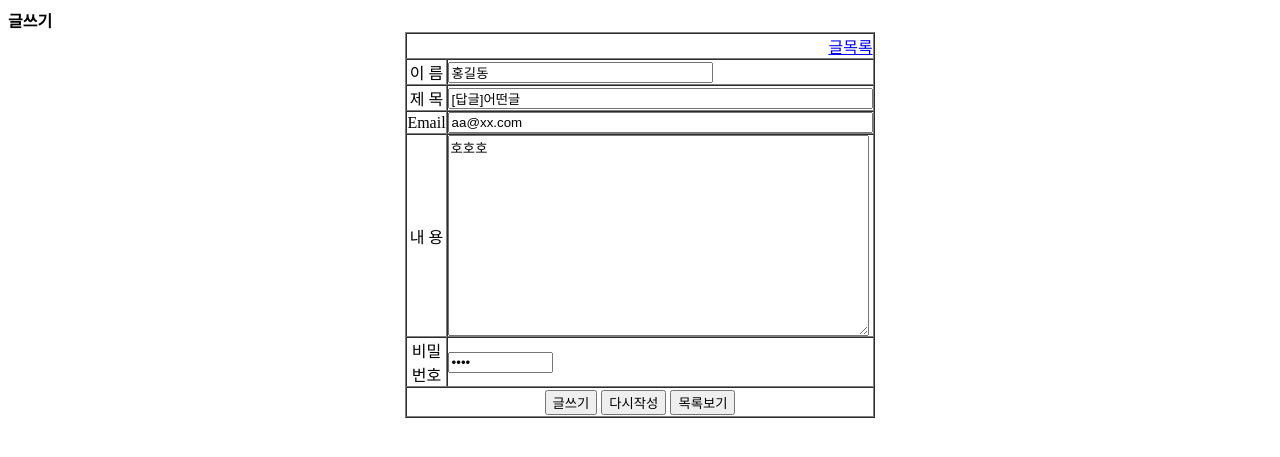
Repository: uj06134/Metabuild_JSP
Page: http://localhost/06_Board/replyForm.jsp
These files come from the project's save history. The page is drawn as it stood at one moment and after the next save; the edit follows.
The browser window is 1280 px wide. The pictures show the whole page.
The page is served by Tomcat 9.

Above is the page before, as saved 2025-09-16 02:10:44.

After the next save:
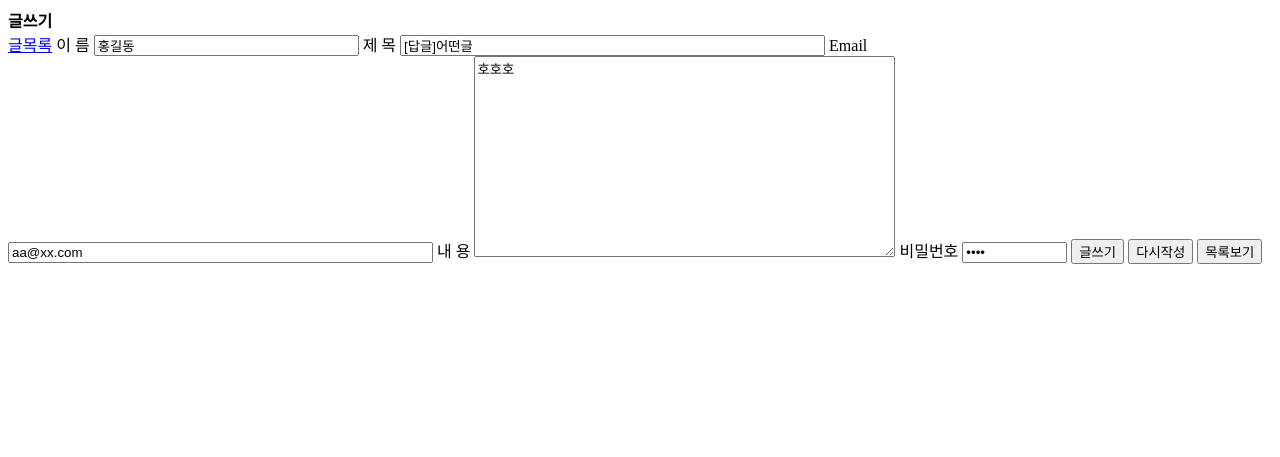
Saved 39 s later.
--- a/06_Board/src/main/webapp/replyForm.jsp
+++ b/06_Board/src/main/webapp/replyForm.jsp
@@ -8,6 +8,7 @@
 <b>글쓰기</b>
 <br>
 <form method="post" name="replyform" action="replyProc.jsp" onsubmit="return writeSave()">
+	<input type="hidden"
 	<table width="450" border="1" cellspacing="0" cellpadding="0"
 		align="center">
 		<tr>

After the save that followed:
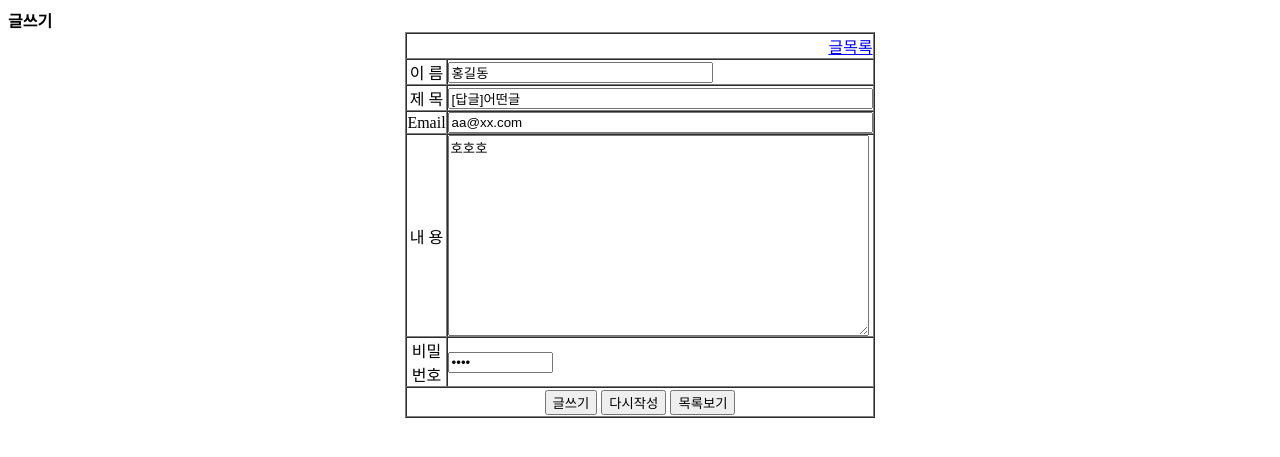
Saved 24 s later.
--- a/06_Board/src/main/webapp/replyForm.jsp
+++ b/06_Board/src/main/webapp/replyForm.jsp
@@ -8,7 +8,7 @@
 <b>글쓰기</b>
 <br>
 <form method="post" name="replyform" action="replyProc.jsp" onsubmit="return writeSave()">
-	<input type="hidden"
+	<input type="hidden" >
 	<table width="450" border="1" cellspacing="0" cellpadding="0"
 		align="center">
 		<tr>
